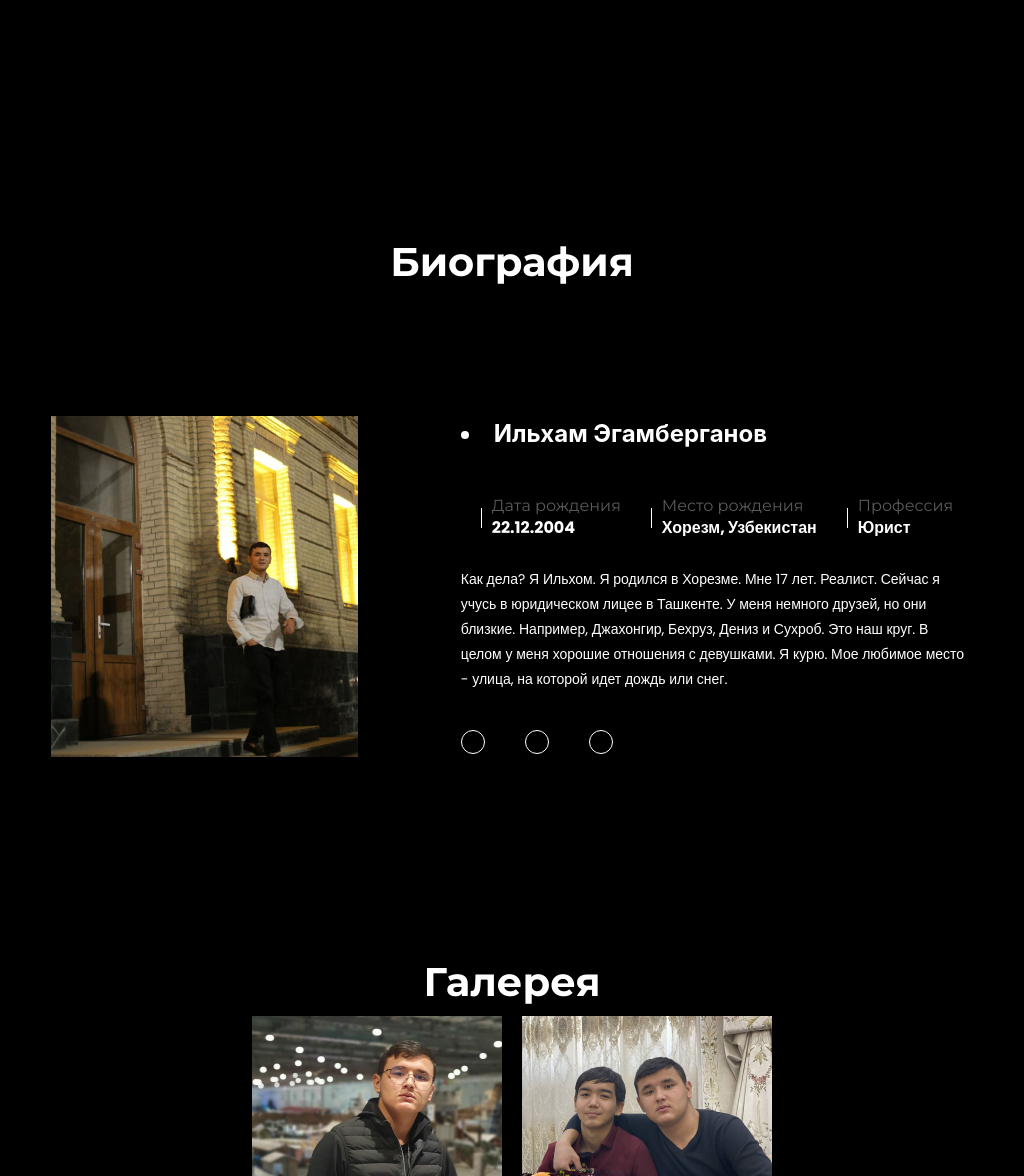
Repository: sardorexe/xishnik
Page: /
An editor plug-in stored every save of this project. The page is shown before and after the next save, followed by the edit.
The browser window is 1024 px wide. The pictures show the part of the page from y = 538 to 1714 px (the page is 2376 px tall).
Pictures or frames that could not be fetched are drawn as grey boxes. Some icons come from a web library that is not loaded, so they are not drawn. Some web libraries are served in a nearby version. The project was rebuilt for these pictures with package versions that can differ from the ones it lists, and the page was loaded fresh each time. Some packages were replaced by stand-ins written for this rebuild. The framework's server and built-in components were replaced by stand-ins that run in the browser. Also part of the build but not shown: next.config.js.

Above is the page before, as saved 2021-09-27 21:51:40.

After the next save:
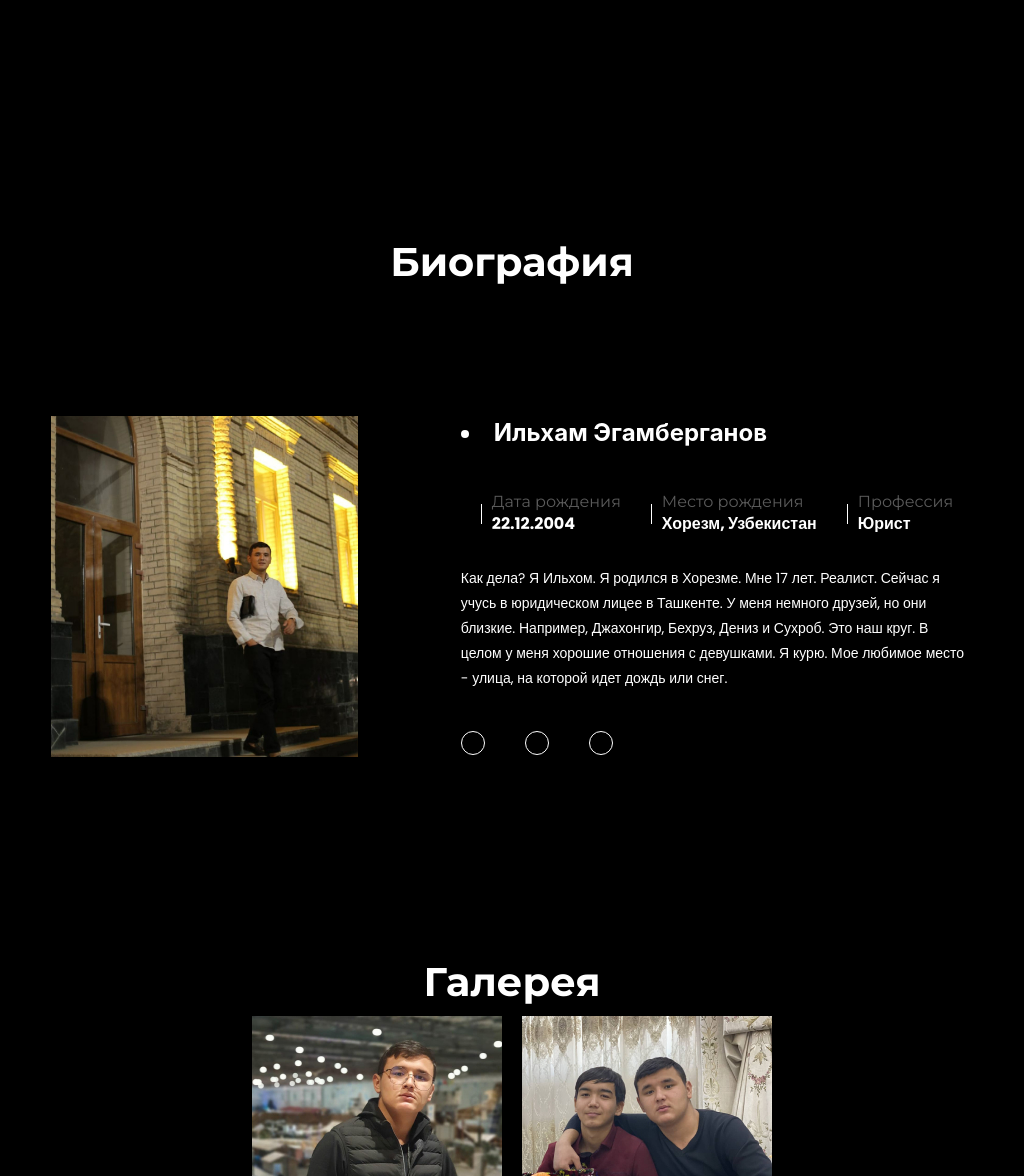
Saved 6 s later.
--- a/styles/Biography.module.css
+++ b/styles/Biography.module.css
@@ -74,6 +74,6 @@
   .more {
     font-size: 14px;
     line-height: 25px;
-    margin: 10px 0;
+    margin: 15px 0;
   }
 }
